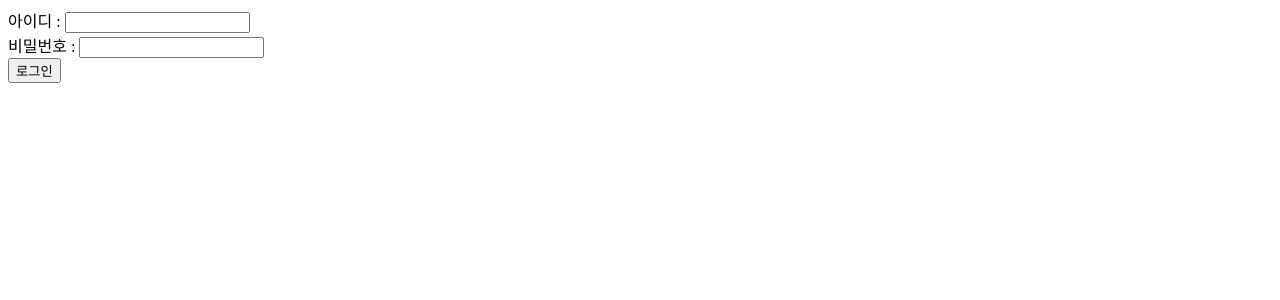
Repository: zeroj-0/eclipseProjects
Page: http://localhost/jv301/mod010/login
These files come from the project's save history. The page is drawn as it stood at one moment and after the next save; the edit follows.
The browser window is 1280 px wide. The pictures show the whole page.
The page is served by Tomcat 9. Other server files are loaded and not shown.

Above is the page before, as saved 2022-07-07 05:25:47.

### jv301/src/main/webapp/mod010/login.jsp
<%@ page language="java" contentType="text/html; charset=UTF-8" pageEncoding="UTF-8"%>
<!DOCTYPE html>
<html>
<head>
<meta charset="UTF-8">
<title>Insert title here</title>
</head>
<body>
	<form action="login" method="post">
		아이디 : <input type="text" name="userId"/><br>
		비밀번호 : <input type="password" name="passwd"/><br>
		<input type="submit" value="로그인"/>
	</form>
</body>
</html>

### jv301/src/main/java/com/varxyz/jv301/mod010/LoginServlet.java
package com.varxyz.jv301.mod010;

import java.io.IOException;
import javax.servlet.ServletException;
import javax.servlet.annotation.WebServlet;
import javax.servlet.http.HttpServlet;
import javax.servlet.http.HttpServletRequest;
import javax.servlet.http.HttpServletResponse;
import javax.servlet.http.HttpSession;

@WebServlet("/mod010/login")
public class LoginServlet extends HttpServlet {
	private static final long serialVersionUID = 1L;

	private UserService userService;

	public void init() {
		userService = new UserService();
	}

	protected void doGet(HttpServletRequest request, HttpServletResponse response) throws ServletException, IOException {
		// 페이지로 들어와서 login페이지로 보냄
		request.getRequestDispatcher("login.jsp").forward(request, response);;
	}

	protected void doPost(HttpServletRequest request, HttpServletResponse response) throws ServletException, IOException {

		String userId = request.getParameter("userId");
		String passwd = request.getParameter("passwd");

		// 사용자 확인
		if(!userService.isValidUser(userId, passwd)) {
			request.getRequestDispatcher("login.jsp").forward(request, response);
			return;
		}

		// 사용자 확인이 됐을때
		HttpSession session = request.getSession(true);
		session.setAttribute("userId", userId);

		// 로그인 성공 후 next page
		response.sendRedirect("mypage");
	}

}

### jv301/src/main/java/com/varxyz/jv301/mod010/UserDao.java
package com.varxyz.jv301.mod010;

import java.sql.Connection;
import java.sql.PreparedStatement;
import java.sql.ResultSet;
import java.sql.SQLException;
import java.util.ArrayList;
import java.util.List;

public class UserDao {
	DataSource dataSource = null;

	public UserDao() {
		NamingService namingService = NamingService.getInstance();
		dataSource = (DataSource)namingService.getAttribute("dataSource");
	}

	public List<User> findAllUsers() {
		String sql = "SELECT * FROM User";
		List<User> userList = new ArrayList<User>();
		try {
			Connection con = null;
			PreparedStatement pstmt = null;
			ResultSet rs = null;
			try {
				con = dataSource.getConnection();
				pstmt = con.prepareStatement(sql);
				rs = pstmt.executeQuery();

				while(rs.next()) {
					User user = new User();
					user.setUserId(rs.getString("id"));
					user.setUserName(rs.getString("name"));
					user.setEmail(rs.getString("email"));
					user.setAddr(rs.getString("addr"));

					userList.add(user);
				}
			} finally {
				dataSource.close(rs, pstmt, con);
			}
		} catch (SQLException e) {
			e.printStackTrace();
		}
		return userList;
	}

	public void addUser(User user) {
		String sql = "INSERT INTO User(id,passwd,name,email,addr,ssn) VALUES (?,?,?,?,?,?)";
		try {
			Connection con = null;
			PreparedStatement pstmt = null;

			con = dataSource.getConnection();
			pstmt = con.prepareStatement(sql);

			pstmt.setString(1, user.getUserId());
			pstmt.setString(2, user.getPasswd());
			pstmt.setString(3, user.getUserName());
			pstmt.setString(4, user.getEmail());
			pstmt.setString(5, user.getAddr());
			pstmt.setString(6, user.getSsn());

			pstmt.executeUpdate();
			dataSource.close(pstmt, con);
		} catch (Exception e) {
			e.printStackTrace();
		}
	}
	public String findUserId(String userId) {
		String sql = "SELECT id FROM User WHERE id=?";
		String id = null;
		try {
			Connection con = null;
			PreparedStatement pstmt = null;
			ResultSet rs = null;
			try {
				con = dataSource.getConnection();
				pstmt = con.prepareStatement(sql);
				pstmt.setString(1, userId);

				rs = pstmt.executeQuery();

				if(rs.next()) {
					id= rs.getString("id");
				}

			} finally {
				dataSource.close(rs,pstmt, con);
			}
		} catch(Exception e) {
			e.printStackTrace();
		}
		if(id==null) {
			id="";
		}
		return id;
	}

	public String findUserPasswd(String passwd) {
		String sql = "SELECT passwd FROM User WHERE passwd=?";
		String pw = null;
		try {
			Connection con = null;
			PreparedStatement pstmt = null;
			ResultSet rs = null;
			try {
				con = dataSource.getConnection();
				pstmt = con.prepareStatement(sql);
				pstmt.setString(1, passwd);
				rs = pstmt.executeQuery();

				if(rs.next()) {
					pw= rs.getString("passwd");
				}

			} finally {
				dataSource.close(rs,pstmt, con);
			}
		} catch(Exception e) {
			e.printStackTrace();
		}
		if(pw==null) {
			pw = "";
		}
		return pw;
	}
	public User findUserByUserId(String userId) {
		String sql = "SELECT id,passwd,name,email,addr,ssn FROM User WHERE id=?";
		User user = new User();
		try  {
			Connection con = null;
			PreparedStatement pstmt = null;
			ResultSet rs = null;
			try {
				con = dataSource.getConnection();
				pstmt = con.prepareStatement(sql);
				pstmt.setString(1, userId);
				rs = pstmt.executeQuery();

				while(rs.next()) {
					user.setUserId(rs.getString("id"));
					user.setUserId(rs.getString("passwd"));
					user.setUserName(rs.getString("name"));
					user.setSsn(rs.getString("ssn"));
					user.setEmail(rs.getString("email"));
					user.setAddr(rs.getString("addr"));
					user.setSsn(rs.getString("ssn"));
				}
			} finally {
				dataSource.close(rs, pstmt, con);
			}
		} catch(Exception e) {
			e.printStackTrace();
		}
		return user;
	}
}

### jv301/src/main/webapp/incl/menu.jsp
<%@ page language="java" contentType="text/html; charset=UTF-8"  pageEncoding="UTF-8"%>

<div class="gnb">
	<ul>
		<li><a href="add_user.jsp">Form</a></li>
		<li><a href="login">Login</a></li>
		<li><a href="user_list.do">List</a></li>
	</ul>
</div>

### jv301/src/main/webapp/incl/banner.jsp
<%@ page language="java" contentType="text/html; charset=UTF-8"  pageEncoding="UTF-8"%>
<%@page import="java.net.URLDecoder"%>
<div id="banner">
	<%-- <h4><%= request.getParameter("subtitle") %></h4> --%>
	<h4><%=URLDecoder.decode(request.getParameter("subtitle"), "UTF-8")%></h4>
</div>

### jv301/src/main/webapp/mod010/fixmethod.css
@charset "UTF-8";
* { box-sizing: border-box; margin: 0; padding: 0;}
ul, li {list-style: none;}
a {text-decoration: none; color: #333;}

.gnb {
  width: 100%;
  height: 70px;
  float: left;
  padding-left: 20%;
}
ul li {
  float: left;
  height: 100%;
  margin-left: 30px;
}
ul li:first-child {
  margin-left: 0;
}

a {
  line-height: 70px;
  font-size: 20px;
}
a:hover {
  color: #000;
  font-weight: 600;
}
#header {
	height: 100px;
	width: 100%;
	text-align: center;
	font-size: 20px;
	line-height: 100px;
}
#footer {
	margin-top: 100px;
	text-align: center;
}

After the next save:
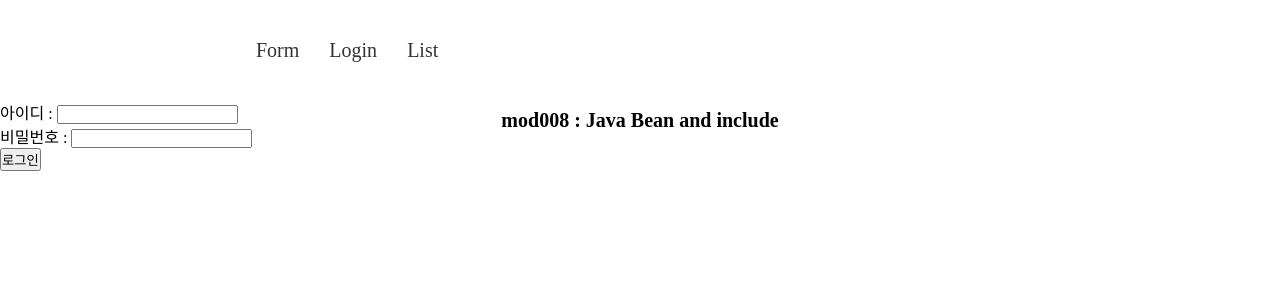
Saved 51 min 59 s later.
--- a/jv301/src/main/webapp/mod010/login.jsp
+++ b/jv301/src/main/webapp/mod010/login.jsp
@@ -4,8 +4,15 @@
 <head>
 <meta charset="UTF-8">
 <title>Insert title here</title>
+<link rel="stylesheet" href="./fixmethod.css">
 </head>
 <body>
+	<div id="header">
+		<%@ include file="/incl/menu.jsp" %>
+		<jsp:include page="/incl/banner.jsp">
+			<jsp:param name="subtitle" value="mod008 : Java Bean and include" />
+		</jsp:include>
+	</div>
 	<form action="login" method="post">
 		아이디 : <input type="text" name="userId"/><br>
 		비밀번호 : <input type="password" name="passwd"/><br>
